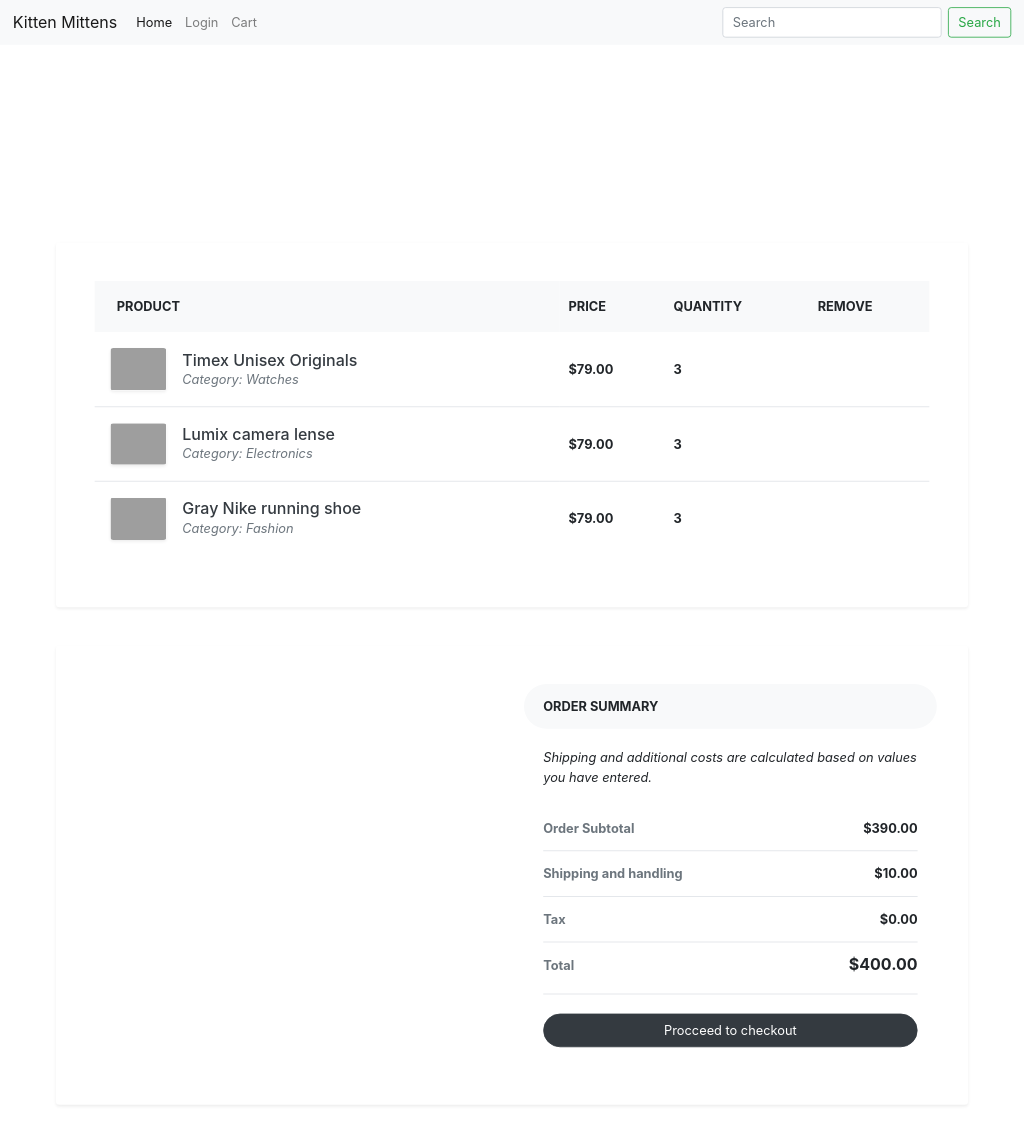
Repository: Janellle/KittenMittens
Page: http://localhost/cart
The author's editor kept a record of every edit. The page is drawn from the files as they stood at one moment, then again after the next edit.
The browser window is 1280 px wide. The pictures show the whole page, at 80% of full size.
Pictures or frames that could not be fetched are drawn as grey boxes. The page is served by the project's Node server (app.js).

Above is the page before.
Not found: rps.js

After the next edit:
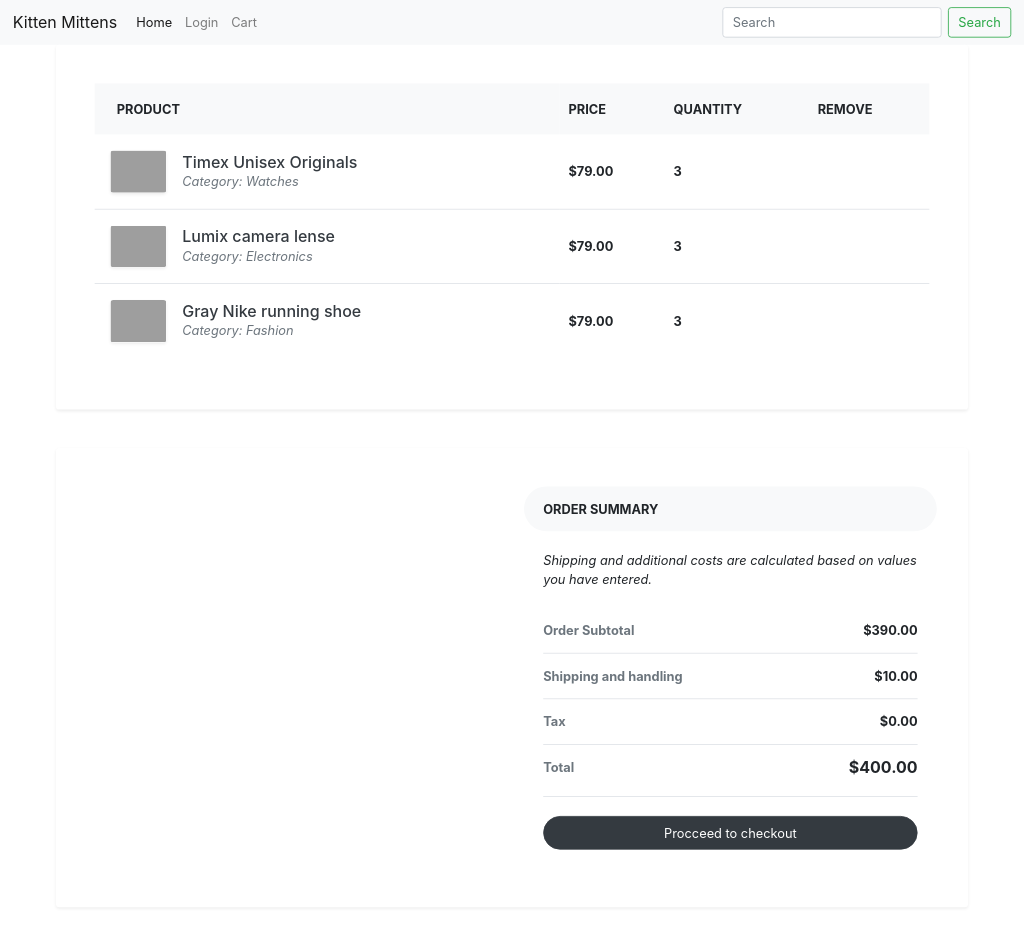
The edit:
--- a/views/cart.ejs
+++ b/views/cart.ejs
@@ -32,16 +32,6 @@
               </div>
         </nav>
       <div class="px-4 px-lg-0">
-  <!-- For demo purpose -->
-  <div class="container text-white py-5 text-center">
-    <h1 class="display-4">Bootstrap 4 shopping cart</h1>
-    <p class="lead mb-0">Build a fully structred shopping cart page using Bootstrap 4. </p>
-    <p class="lead">Snippet by <a href="https://bootstrapious.com/snippets" class="text-white font-italic">
-            <u>Bootstrapious</u></a>
-    </p>
-  </div>
-  <!-- End -->
-
   <div class="pb-5">
     <div class="container">
       <div class="row">
